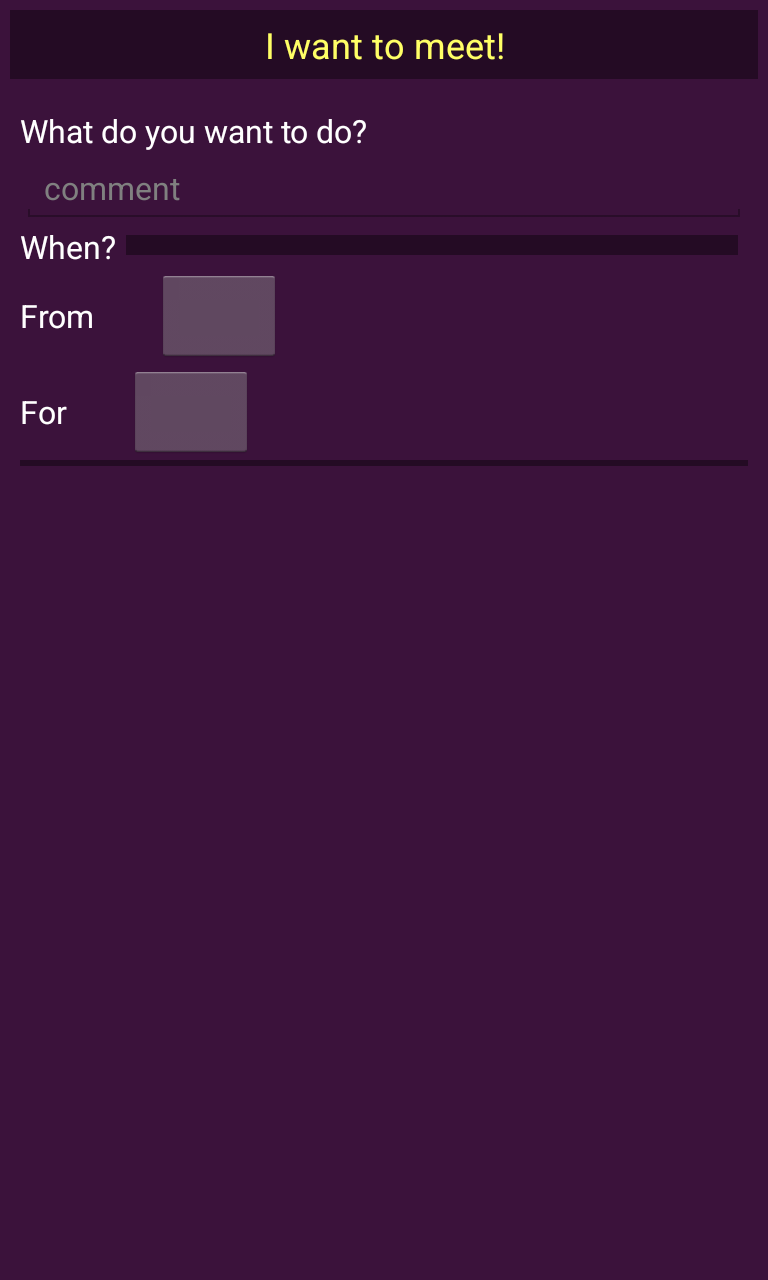
Repository: Valian/MeetMe
Layout: MeetMe/res/layout/activity_status_change.xml
The author's editor kept a copy of each file at every save. The layout is drawn from the files as they stood at one save, then again after the next save.
It is drawn on a 768 x 1280 px phone screen (xhdpi) without system bars, with theme AppTheme; the app's code is not run.

Above is the layout before, as saved 2014-01-10 00:59:39.

### MeetMe/res/layout/activity_status_change.xml
<LinearLayout
    xmlns:android="http://schemas.android.com/apk/res/android"
    xmlns:tools="http://schemas.android.com/tools"
    style="@style/BodyLinearLayout"
    tools:context=".StatusChangeActivity" >

    <TextView
        style="@style/HeaderStrip"
        android:layout_width="match_parent"
        android:layout_marginBottom="@dimen/activity_vertical_margin"
        android:text="@string/want_to_meet" />

    <LinearLayout style="@style/VerticalLayout">

	    <TextView
	    android:text="@string/want_to_meet_comment"
		android:layout_width="match_parent"
	    android:layout_height="wrap_content"
	    />

	    <EditText
	    android:id="@+id/meeting_reason"
	    android:layout_width="fill_parent"
	    android:layout_height="wrap_content"
	    android:textSize="@dimen/main_menu_text"
	    android:inputType="text"
	    android:hint="@string/comment"
		android:textColor="@color/white"
        />

	    <LinearLayout android:orientation="horizontal"
	    android:layout_width="match_parent"
	    android:layout_height="wrap_content">
	        <TextView
		    android:text="@string/when"
			style="@style/InlineFormTextView"  />

	        <Spinner
	        android:id="@+id/dateSpinner"
	        style="@style/DefaultSpinnerStyle" />

	  	</LinearLayout>


	    <LinearLayout android:orientation="horizontal"
	    android:layout_width="match_parent"
	    android:layout_height="wrap_content">
	        <TextView
		    android:text="@string/from"
			style="@style/InlineFormTextView" />

	        <Button android:id="@+id/timeFromButton"
	        style="@style/InlineButton"  />

	  	</LinearLayout>

	    <LinearLayout android:orientation="horizontal"
	    android:layout_width="match_parent"
	    android:layout_height="wrap_content">
	        <TextView
		    android:text="@string/how_long"
			style="@style/InlineFormTextView" />

	        <Button android:id="@+id/howLongButton"
	        style="@style/InlineButton"  />

	  	</LinearLayout>


	   <!--  android:onClick="timeButtonClicked"  -->

	    <View style="@style/Divider"/>

    </LinearLayout>



</LinearLayout>

### MeetMe/res/values/styles.xml
<resources xmlns:android="http://schemas.android.com/apk/res/android">

    <!--
        Base application theme, dependent on API level. This theme is replaced
        by AppBaseTheme from res/values-vXX/styles.xml on newer devices.
    -->
    <style name="AppBaseTheme" parent="android:Theme.Light">
        <!--
            Theme customizations available in newer API levels can go in
            res/values-vXX/styles.xml, while customizations related to
            backward-compatibility can go here.
        -->
    </style>


   <style name="AppTheme" parent="AppBaseTheme">
		 <item name="android:textColor">@color/white</item>
		 <item name="android:textSize">@dimen/main_menu_text</item>

   </style>


   <style name="BodyContainer">
        <item name="android:layout_width">match_parent</item>
	    <item name="android:layout_height">match_parent</item>
	    <item name="android:background">@color/purple</item>
   </style>

   <style name="BodyLinearLayout" parent="BodyContainer">
	    <item name="android:paddingBottom">@dimen/activity_vertical_margin</item>
	    <item name="android:orientation">vertical</item>
   </style>

   <style name="BasicViewStyle">
       <item name="android:layout_margin">@dimen/default_view_margin</item>
       <item name="android:padding">@dimen/default_view_padding</item>
   </style>

   <style name="HeaderStrip" parent="@style/BasicViewStyle">
       <item name="android:layout_width">match_parent</item>
	    <item name="android:layout_height">wrap_content</item>
	    <item name="android:textColor">@color/lightYellow</item>
	    <item name="android:textSize">18sp</item>
	    <item name="android:gravity">center</item>
	    <item name="android:background">@color/darkPurple</item>
	    <item name="android:layout_marginLeft">0dp</item>
       <item name="android:layout_marginRight">0dp</item>
   </style>

   <style name="VerticalLayout" parent="@style/BasicViewStyle">
       <item name="android:orientation">vertical</item>
       <item name="android:layout_width">match_parent</item>
	   <item name="android:layout_height">wrap_content</item>
	   <item name="android:layout_marginBottom">@dimen/linear_layout_margin</item>
       <item name="android:layout_marginTop">@dimen/linear_layout_margin</item>
       <item name="android:layout_marginLeft">@dimen/linear_layout_margin</item>
       <item name="android:layout_marginRight">@dimen/linear_layout_margin</item>
   </style>

   <style name="InlineFormTextView">
       	<item name="android:layout_width">wrap_content</item>
		<item name="android:layout_height">wrap_content</item>
		<item name="android:textSize">@dimen/main_menu_text</item>
		<item name="android:layout_gravity">center</item>
   </style>

   <style name="InlineButton">
        <item name="android:layout_marginLeft">30dp</item>
       	<item name="android:layout_width">wrap_content</item>
		<item name="android:layout_height">wrap_content</item>
		<item name="android:textSize">@dimen/main_menu_text</item>
		<item name="android:layout_gravity">center</item>
   </style>

   <style name="DefaultSpinnerStyle" parent="@style/BasicViewStyle">
       <item name="android:background">@color/darkPurple</item>
       <item name="android:popupBackground">@color/darkPurple</item>
       <item name="android:layout_width">match_parent</item>
	   <item name="android:layout_height">wrap_content</item>
   </style>

   <style name="Divider">
       <item name="android:background">@color/darkPurple</item>
       <item name="android:layout_width">match_parent</item>
	   <item name="android:layout_height">3dp</item>

   </style>

   <style name="BigButton">
       <item name="android:background">@color/darkPurple</item>
       <item name="android:layout_width">wrap_content</item>
       <item name="android:layout_height">wrap_content</item>
	    <item name="android:textColor">@color/gold</item>
	    <item name="android:paddingLeft">50dp</item>
       <item name="android:paddingRight">50dp</item>
   </style>

</resources>

### MeetMe/res/values-v14/styles.xml
<resources>

    <!--
        Base application theme for API 14+. This theme completely replaces
        AppBaseTheme from BOTH res/values/styles.xml and
        res/values-v11/styles.xml on API 14+ devices.
    -->
    <style name="AppBaseTheme" parent="android:Theme.Holo.Light.DarkActionBar">
        <!-- API 14 theme customizations can go here. -->

    </style>


</resources>

### MeetMe/res/values/colors.xml
<?xml version="1.0" encoding="utf-8"?>
<resources>
    <color name="white">#FFFFFF</color>

    <color name="purple">#3B123B</color>
    <color name="darkPurple">#240B24</color>

    <color name="gold">#EBEB17</color>
    <color name="lightYellow">#FFFF66</color>

    <color name="red">#D43F3F</color>
    <color name="lightRed">#FF6666</color>

</resources>

### MeetMe/res/values/dimens.xml
<resources>

    <!-- Default screen margins, per the Android Design guidelines. -->
    <dimen name="activity_horizontal_margin">16dp</dimen>
    <dimen name="activity_vertical_margin">16dp</dimen>

    <dimen name="main_menu_text">16sp</dimen>
    <dimen name="linear_layout_margin">10dp</dimen>
    <dimen name="default_edit_text_height">20dp</dimen>
    <dimen name="datepicker_width">180dp</dimen>
    <dimen name="datepicker_height">80dp</dimen>

    <dimen name="default_view_padding">5dp</dimen>
    <dimen name="default_view_margin">5dp</dimen>
</resources>

### MeetMe/res/values/strings.xml
<?xml version="1.0" encoding="utf-8"?>
<resources>

    <!-- application -->
    <string name="app_name">MeetMe</string>
    <string name="action_settings">Settings</string>

    <!-- main menu -->
    <string name="title_activity_main_menu">Main Menu</string>
    <string name="want_to_meet">I want to meet!</string>

    <!-- status change -->

    <string name="want_to_meet_comment">What do you want to do?</string>
    <string name="comment">comment</string>
    <string name="when">When?</string>
    <string name="from">From</string>
    <string name="how_long">For</string>
    <string name="today">Today</string>
    <string name="tomorrow">Tomorrow</string>
    <string name="who_wants_to_meet">Who wants to meet?</string>
    <string name="hello_world">Hello world!</string>
    <string name="title_activity_friend_list">FriendListActivity</string>

</resources>

Loaded but not shown: MeetMe/res/values-v11/styles.xml (common file)

After the next save:
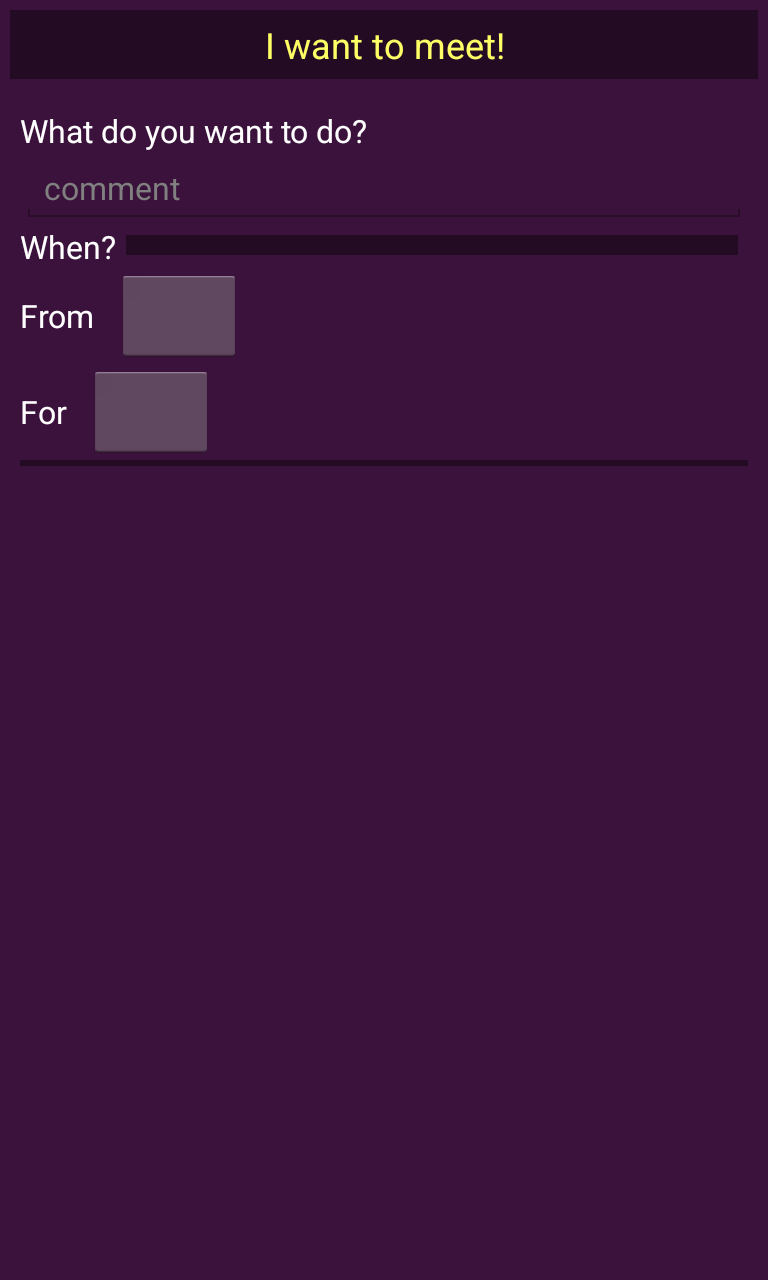
Saved 8 s later.
--- a/MeetMe/res/values/styles.xml
+++ b/MeetMe/res/values/styles.xml
@@ -65,7 +65,7 @@
    </style>
 
    <style name="InlineButton">
-        <item name="android:layout_marginLeft">30dp</item>
+        <item name="android:layout_marginLeft">10dp</item>
        	<item name="android:layout_width">wrap_content</item>
 		<item name="android:layout_height">wrap_content</item>
 		<item name="android:textSize">@dimen/main_menu_text</item>
